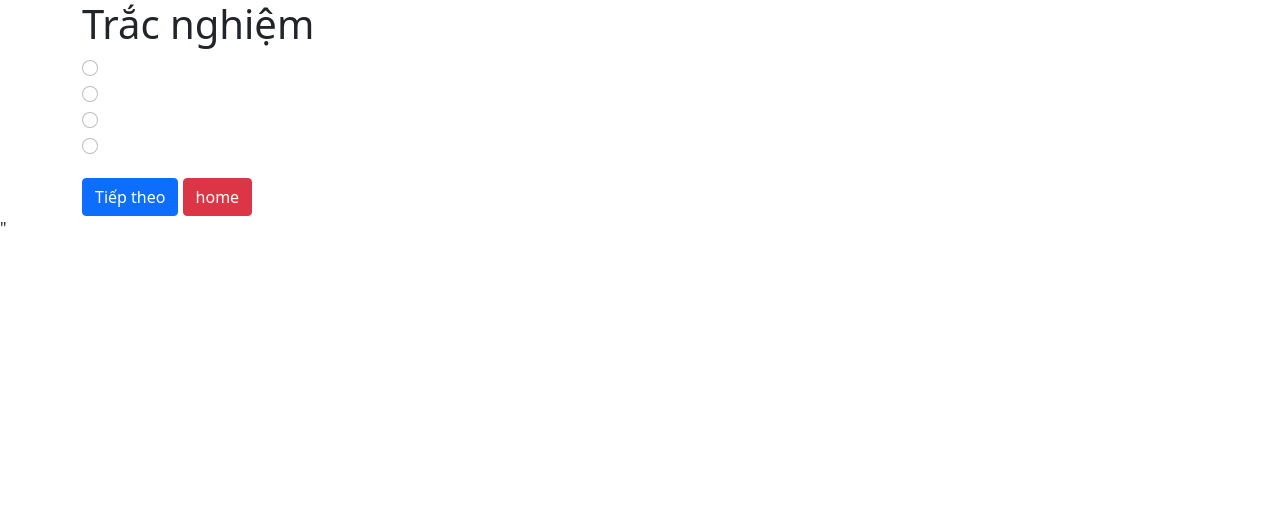
Repository: tran-thien-nhan/quiz_tlln
Page: daily_stoic_quiz.html
The author's editor kept a copy of each file at every save. The page is drawn from the files as they stood at one save, then again after the next save.
The browser window is 1280 px wide. The pictures show the whole page.

Above is the page before, as saved 2023-06-25 19:28:42.
Not found: daiily_stoic.json

After the next save:
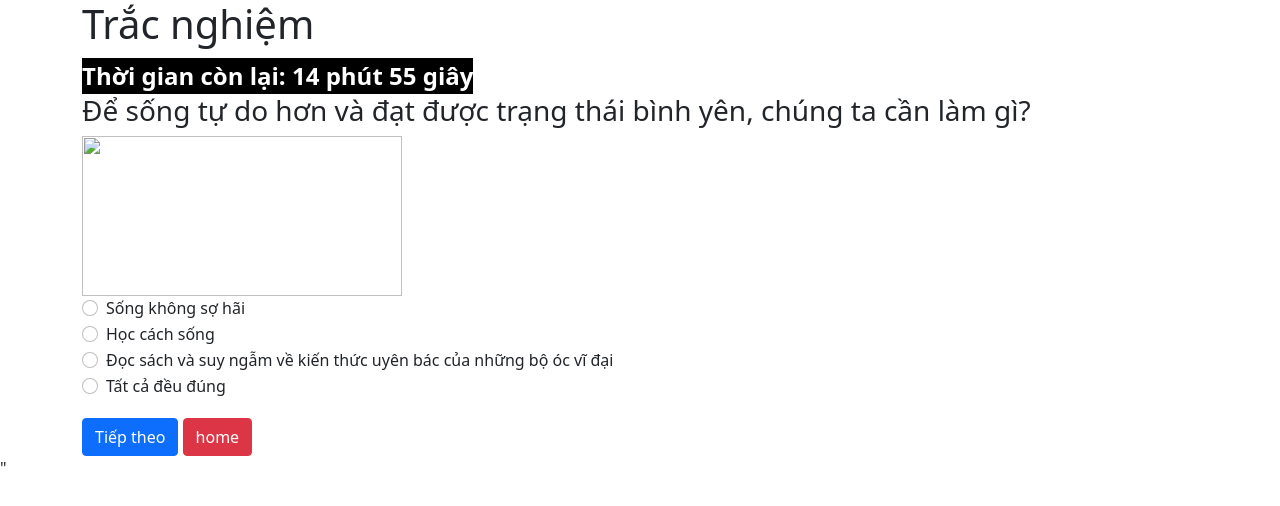
Not found: img.jpg
Saved 16 s later.
--- a/daily_stoic_quiz.html
+++ b/daily_stoic_quiz.html
@@ -62,7 +62,7 @@
     <script src="https://cdnjs.cloudflare.com/ajax/libs/bootstrap/5.0.2/js/bootstrap.bundle.min.js"></script>
     <script>
         // Đọc câu hỏi từ tệp JSON
-        fetch("daiily_stoic.json")
+        fetch("daily_stoic.json")
             .then(response => response.json())
             .then(data => {
                 const questions = data.questions;
